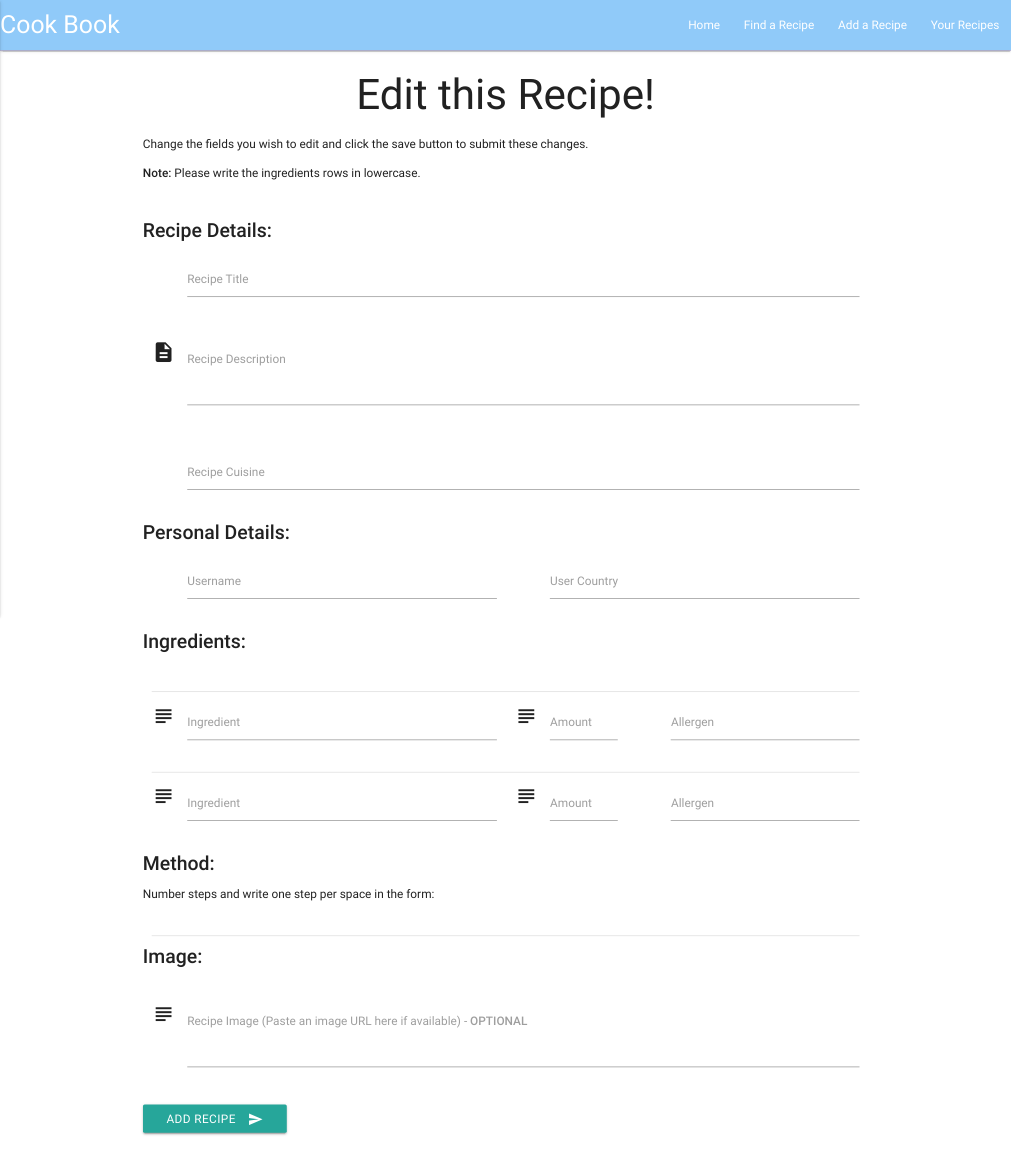
Repository: MarkSheehan72/milestone-project-3
Page: templates/edit_recipe.html
The author's editor kept a record of every edit. The page is drawn from the files as they stood at one moment, then again after the next edit.
The browser window is 1280 px wide. The pictures show the whole page, at 79% of full size.
Some web libraries are served in a nearby version. The page is served by the project's application, run on Flask 3 (app.py). The template is opened directly, without the code that normally fills it, so the values that code supplies are empty.

Above is the page before.

After the next edit:
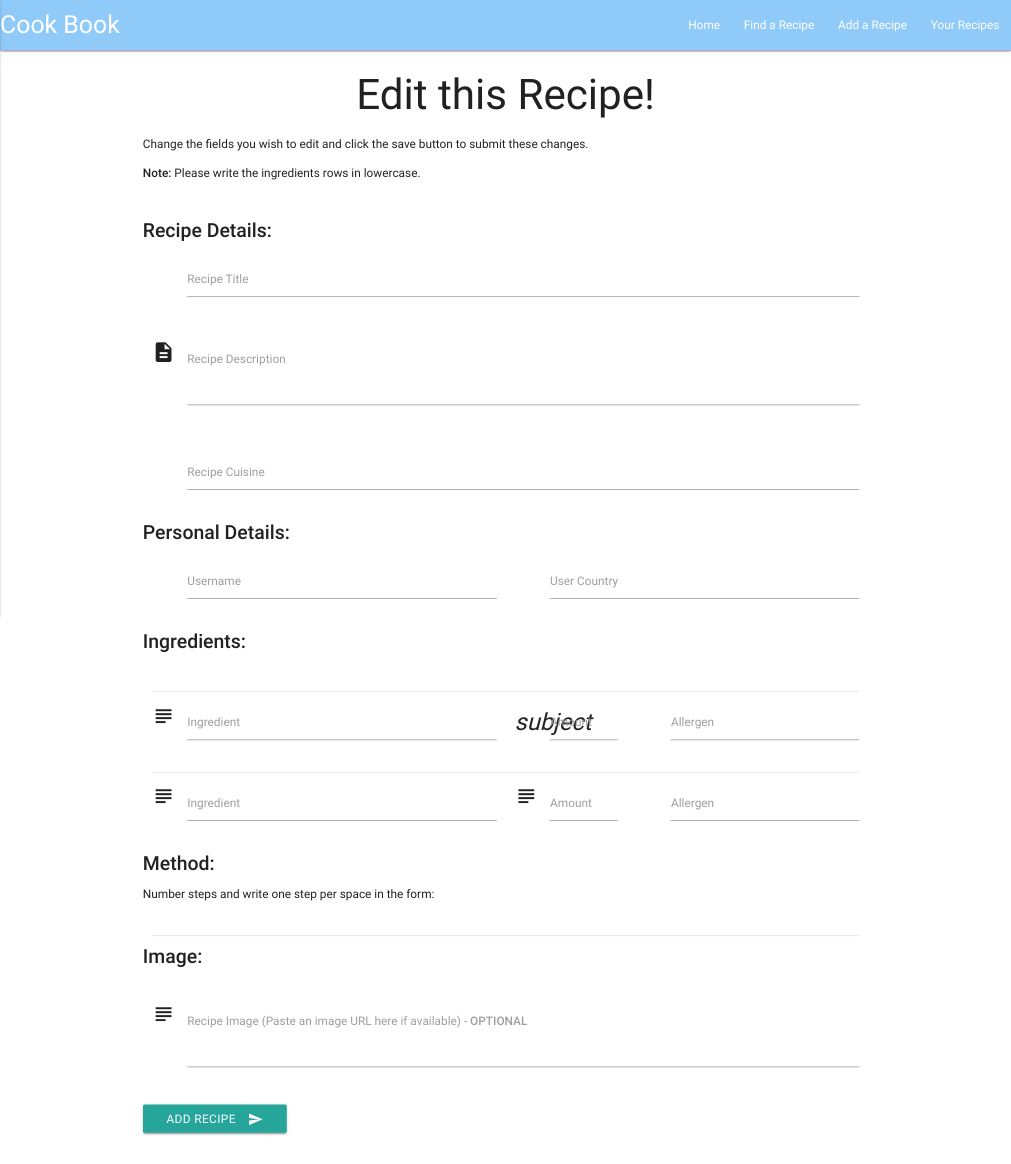
The edit:
--- a/templates/edit_recipe.html
+++ b/templates/edit_recipe.html
@@ -83,7 +83,7 @@
                 <label for="icon_telephone">Ingredient</label>
             </div>
             <div class="input-field col s6 m2">
-                <i class="material-icons prefix">subject</i>
+                <i class="fas fa-sort-amount-up prefix">subject</i>
                 <input name="ingredient_amount" id="ingredient_amount" type="text" class="validate">
                 <label for="icon_telephone">Amount</label>
             </div>
